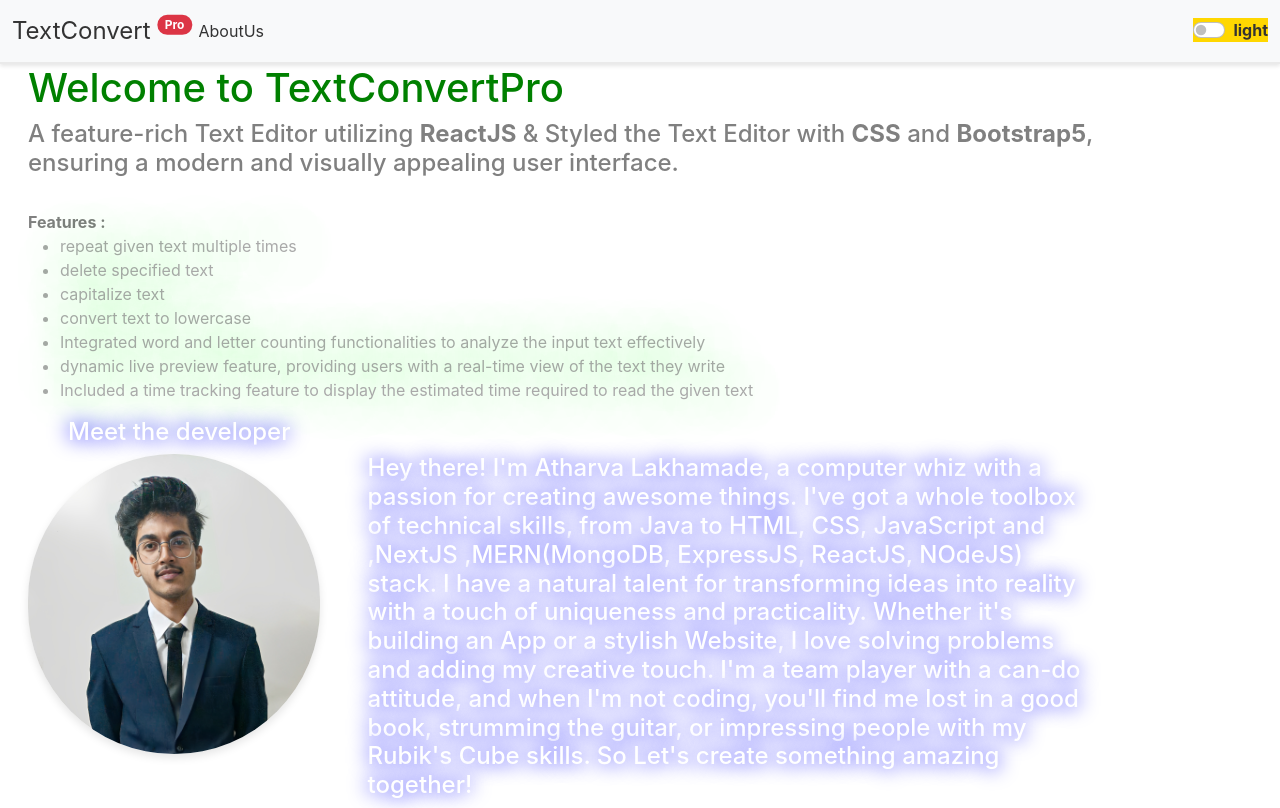
Repository: atha2810/TextConvertPro
Page: /about
An editor plug-in stored every save of this project. The page is shown before and after the next save, followed by the edit.
The browser window is 1280 px wide. The pictures show the whole page.
The project was rebuilt for these pictures with package versions that can differ from the ones it lists, and the page was loaded fresh each time. Also part of the build but not shown: src/css/TextForm.css, src/TextForm.js.

Above is the page before, as saved 2024-07-25 19:41:11.

After the next save:
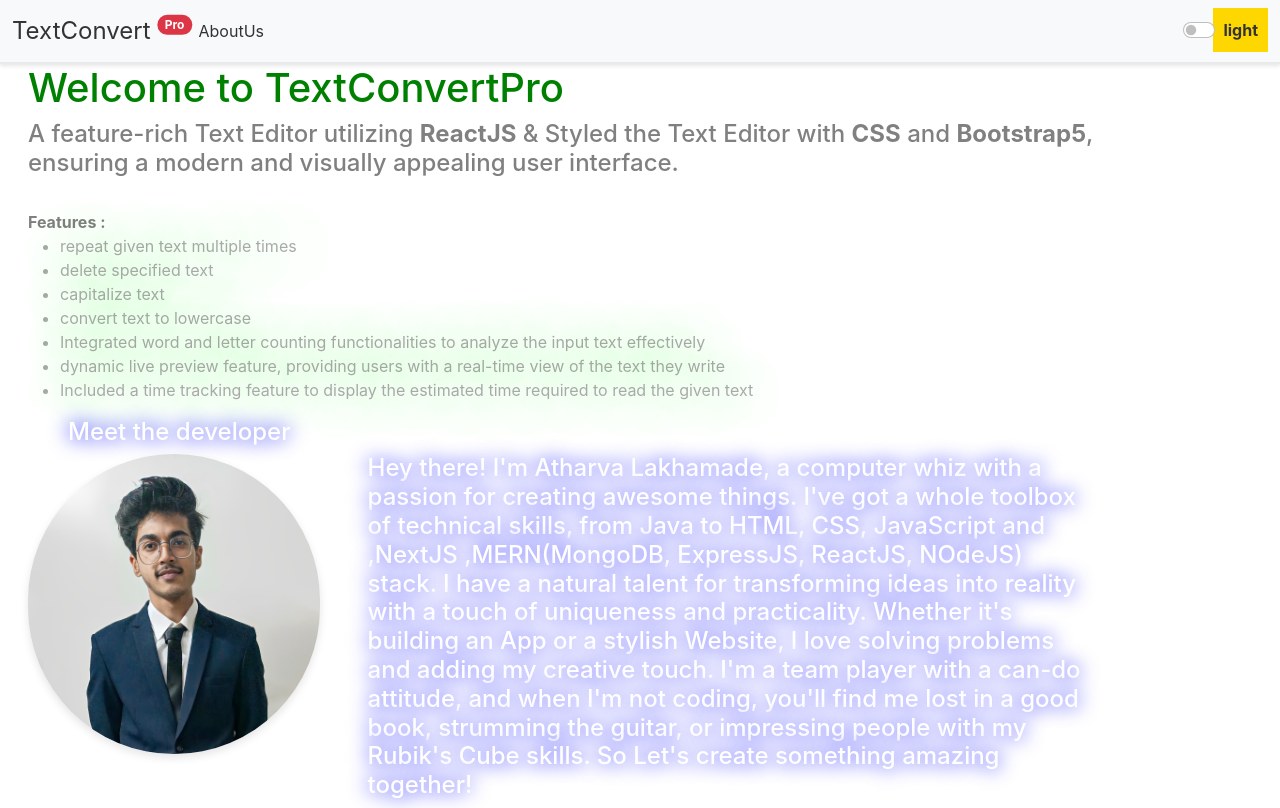
Saved 4 s later.
--- a/src/components/Navbar.js
+++ b/src/components/Navbar.js
@@ -41,7 +41,7 @@ export default function Navbar(props) {
               className={`form-check form-switch text-${
                 props.mode === "light" ? "dark" : "light"
               }`}
-              style={{ backgroundColor: "gold",padding:"" }}
+              style={{ backgroundColor: "gold",padding:"10px" }}
             >
               <input
                 className="form-check-input"
